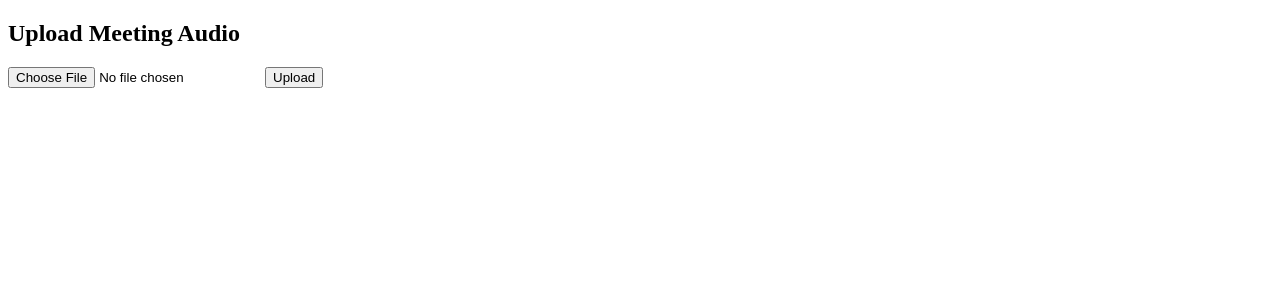
Repository: MujtabaHabib/Voice-AI-Meeting-Assistant
Page: index.html
The author's editor kept a copy of each file at every save. The page is drawn from the files as they stood at one save, then again after the next save.
The browser window is 1280 px wide. The pictures show the whole page.

Above is the page before, as saved 2026-02-01 21:16:49.

After the next save:
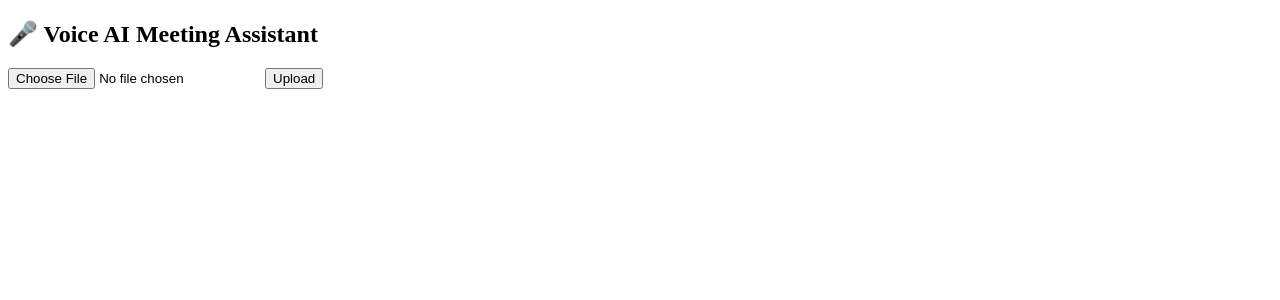
Saved 9 min 0 s later.
--- a/index.html
+++ b/index.html
@@ -7,7 +7,7 @@
     <title>Voice AI Agent</title>
 </head>
 <body>
-    <h2>Upload Meeting Audio</h2>
+    <h2>🎤 Voice AI Meeting Assistant</h2>
 
     <input type="file" name="file" id="audioFile">
     <button onclick="send()">Upload</button>
